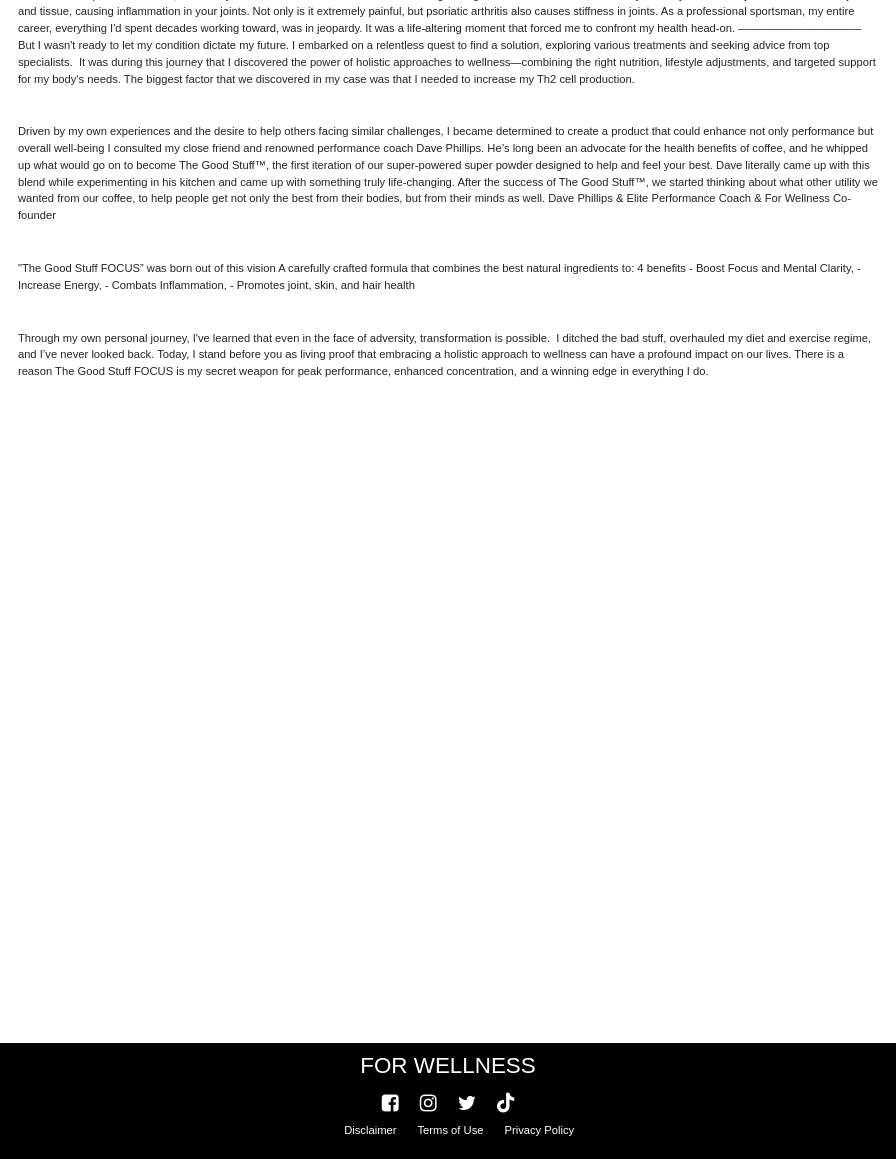
Repository: dariusprince90/wellness-landing
Page: index.html
An editor plug-in stored every save of this project. The page is shown before and after the next save, followed by the edit.
The browser window is 1280 px wide. The pictures show the part of the page from y = 1960 to 3880 px (the page is 3616 px tall before and 3880 px after), at 70% of full size.

Above is the page before, as saved 2023-07-26 10:03:52.

After the next save:
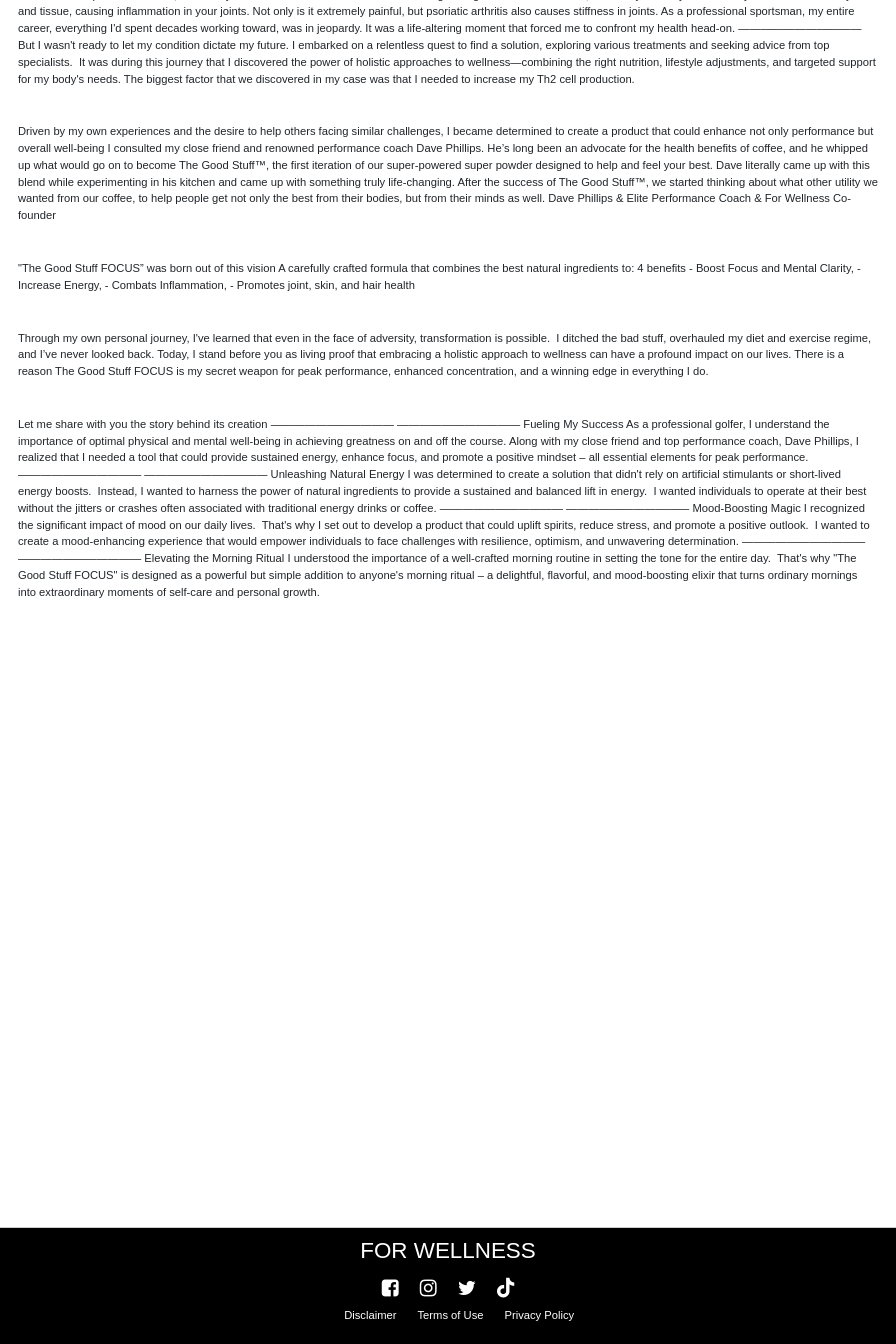
Saved 101 s later.
--- a/index.html
+++ b/index.html
@@ -346,7 +346,49 @@
 
     </section>
 
-    <section class="s-00#-text">
+    <section class="s-017-text">
+        Let me share with you the story
+behind its creation
+
+
+———————————
+———————————
+
+Fueling My Success
+
+As a professional golfer, I understand the importance of optimal physical and mental well-being in achieving greatness on and off the course.
+
+Along with my close friend and top performance coach, Dave Phillips, I realized that I needed a tool that could provide sustained energy, enhance focus, and promote a positive mindset – all essential elements for peak performance.
+
+———————————
+———————————
+Unleashing Natural Energy
+
+I was determined to create a solution that didn't rely on artificial stimulants or short-lived energy boosts.
+
+Instead, I wanted to harness the power of natural ingredients to provide a sustained and balanced lift in energy.
+
+I wanted individuals to operate at their best without the jitters or crashes often associated with traditional energy drinks or coffee.
+
+
+———————————
+———————————
+Mood-Boosting Magic
+
+I recognized the significant impact of mood on our daily lives.
+
+That's why I set out to develop a product that could uplift spirits, reduce stress, and promote a positive outlook.
+
+I wanted to create a mood-enhancing experience that would empower individuals to face challenges with resilience, optimism, and unwavering determination.
+
+———————————
+———————————
+Elevating the Morning Ritual
+
+I understood the importance of a well-crafted morning routine in setting the tone for the entire day.
+
+That's why "The Good Stuff FOCUS" is designed as a powerful but simple addition to anyone's morning ritual – a delightful, flavorful, and mood-boosting elixir that turns ordinary mornings into extraordinary moments of self-care and personal growth.
+
     </section>
 
     <section class="s-00#-text">
